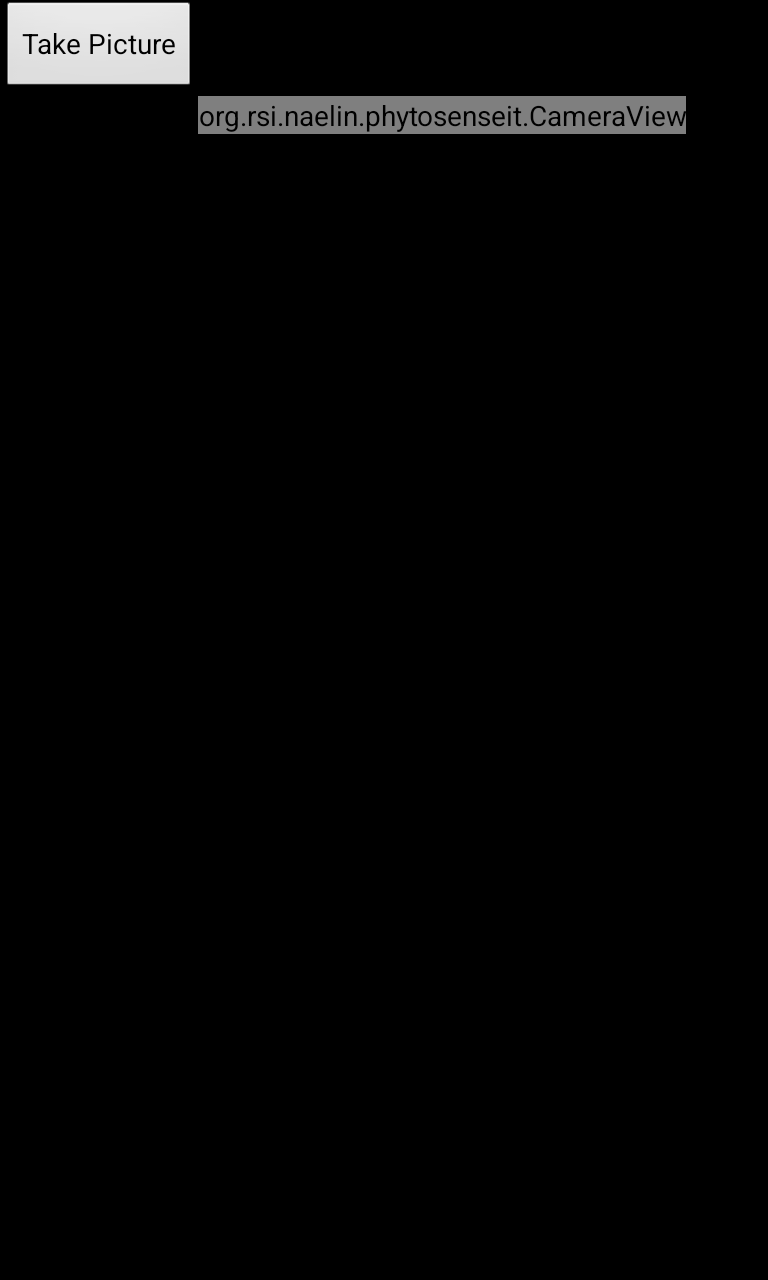
Repository: justnaelin/PhytoSenseIt-app
Layout: PhytoSenseIt/res/layout/activity_main.xml
An editor plug-in stored every save of this project. The layout is shown before and after a run of saves, followed by the edit.
Pictures or frames that could not be fetched are drawn as grey boxes. It is drawn on a 768 x 1280 px phone screen (xhdpi) without system bars, with theme android:Theme.NoTitleBar.Fullscreen; the app's code is not run.

Above is the layout before, as saved 2015-07-29 17:47:40.

After the next 2 saves:
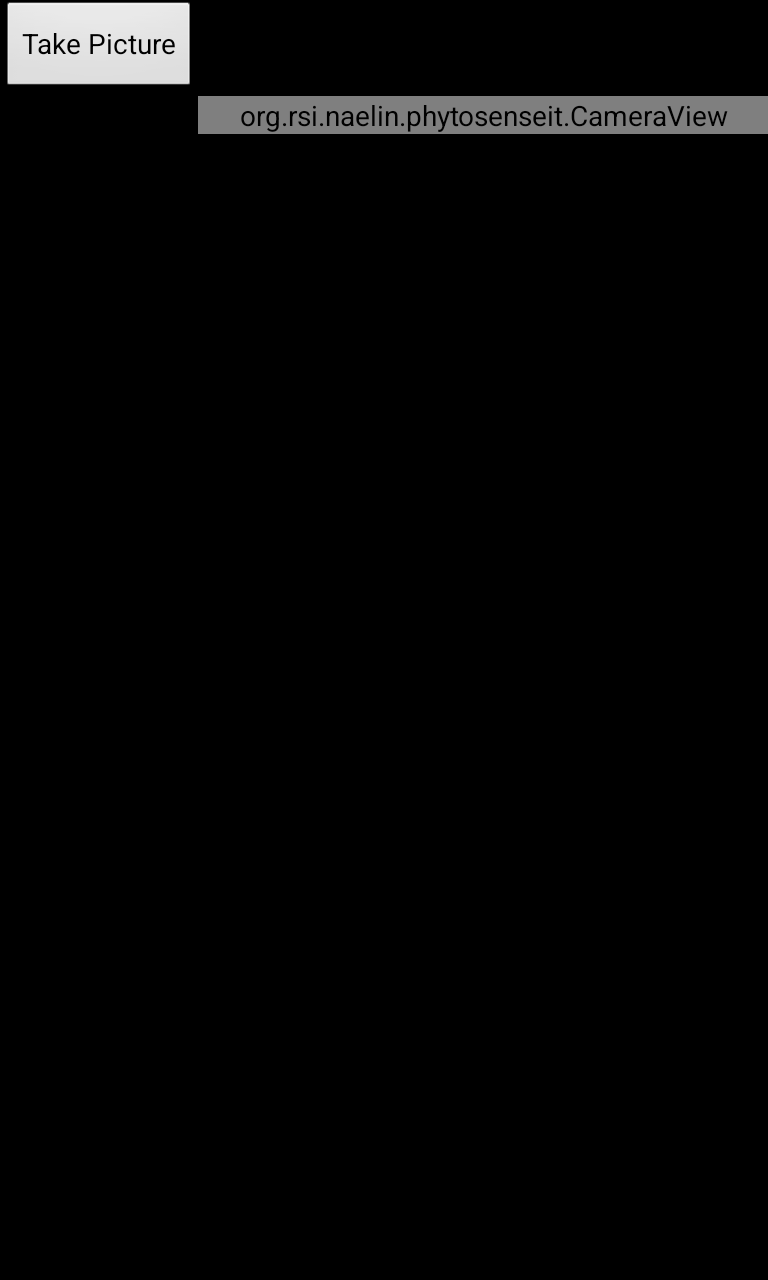
The 2 saves are shown as one change because 1 did not build or start.
The last was saved 29 s later.
--- a/PhytoSenseIt/res/layout/activity_main.xml
+++ b/PhytoSenseIt/res/layout/activity_main.xml
@@ -5,11 +5,11 @@
     android:layout_height="match_parent" >
 
     <FrameLayout
-        android:layout_width="wrap_content"
+        android:layout_width="match_parent"
         android:layout_height="wrap_content"
         android:layout_below="@+id/take_photo_button"
         android:layout_gravity="center_horizontal"
-        android:orientation="portrait"
+        android:orientation="vertical"
         android:layout_toRightOf="@+id/take_photo_button" >
 
         <org.rsi.naelin.phytosenseit.CameraView
